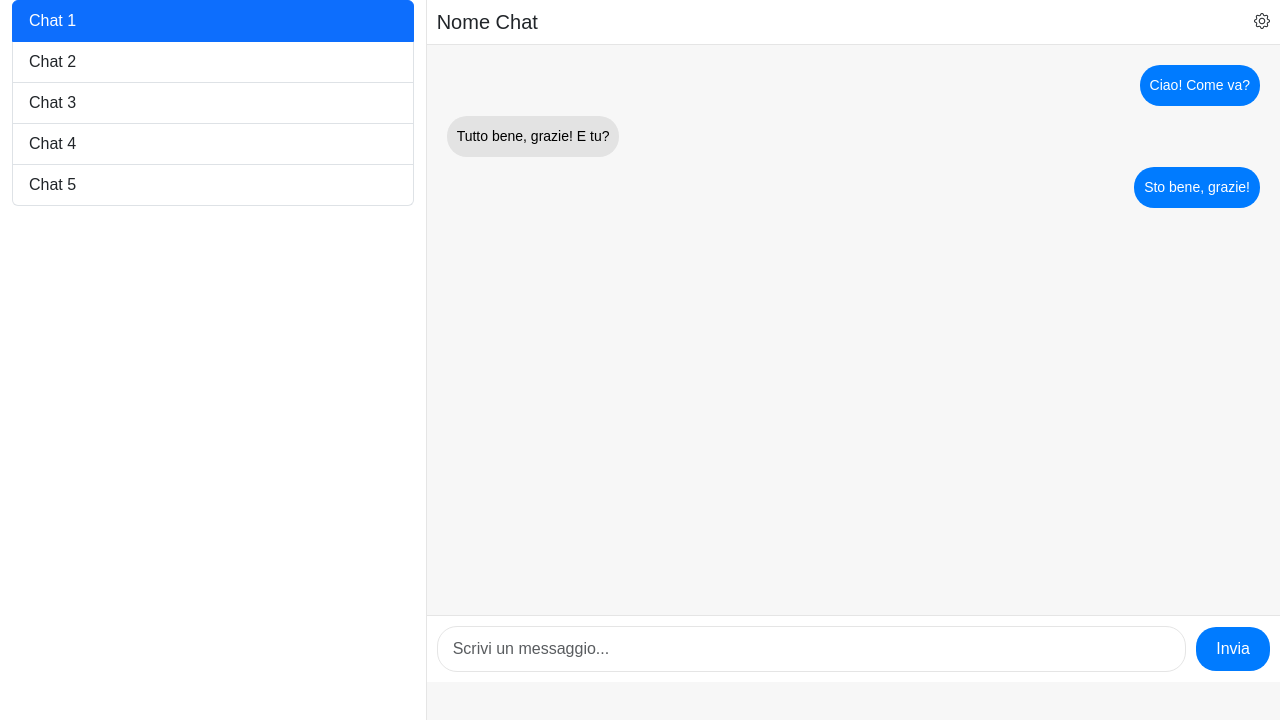
Repository: AleFucar/ChatApp
Page: http://localhost/index
An editor plug-in stored every save of this project. The page is shown before and after the next save, followed by the edit.
The browser window is 1280 px wide. The pictures show the whole page.
The page is this project's Thymeleaf template; nobody is signed in. The template is opened directly, without the code that normally fills it, so the values that code supplies are empty.

Above is the page before, as saved 2024-10-12 08:43:56.

### ChatApp/src/main/resources/templates/index.html
<!DOCTYPE html>
<html lang="en">
<head>
    <meta charset="UTF-8">
    <meta name="viewport" content="width=device-width, initial-scale=1.0">
    <title>Messaging App Layout</title>
    <!-- Bootstrap CSS -->
    <link href="https://cdn.jsdelivr.net/npm/bootstrap@5.3.0-alpha1/dist/css/bootstrap.min.css" rel="stylesheet">
    <!-- Icone Bootstrap -->
    <link href="https://cdn.jsdelivr.net/npm/bootstrap-icons/font/bootstrap-icons.css" rel="stylesheet">
    <style>
        body {
            background-color: #f7f7f7;
            font-family: 'Arial', sans-serif;
        }
        .chat-sidebar {
            height: 100vh;
            background-color: #ffffff;
            border-right: 1px solid #e5e5e5;
            overflow-y: auto;
            position: relative;
        }
        .chat-header {
            background-color: #ffffff;
            border-bottom: 1px solid #e5e5e5;
            display: flex;
            align-items: center;
            padding: 10px;
            position: sticky;
            top: 0;
            z-index: 10;
        }
        .chat-body {
            padding: 20px;
            height: calc(100vh - 150px); /* Altezza sottraendo header e footer */
            overflow-y: auto;
            background-color: #f7f7f7;
        }
        .message-sent, .message-received {
            max-width: 75%;
            padding: 10px;
            border-radius: 20px;
            margin-bottom: 10px;
            font-size: 14px;
            position: relative;
            line-height: 1.5;
        }
        .message-sent {
            background-color: #007bff;
            color: white;
            margin-left: auto;
        }
        .message-received {
            background-color: #e3e3e3;
            color: black;
            margin-right: auto;
        }
        .chat-footer {
            background-color: #ffffff;
            border-top: 1px solid #e5e5e5;
            display: flex;
            align-items: center;
            padding: 10px;
            position: sticky;
            bottom: 0;
        }
        .input-message {
            border-radius: 20px;
            padding: 10px 15px;
            border: 1px solid #e5e5e5;
            width: 100%;
            margin-right: 10px;
        }
        .send-btn {
            background-color: #007bff;
            border: none;
            border-radius: 20px;
            color: white;
            padding: 10px 20px;
            transition: background 0.3s;
        }
        .send-btn:hover {
            background-color: #0056b3;
        }

        /* Responsive Styles */
        @media (max-width: 768px) {
            .chat-sidebar {
                display: none; /* Nascondi la sidebar sui dispositivi più piccoli */
            }
            .chat-header, .chat-footer {
                padding: 15px;
            }
            .message-sent, .message-received {
                font-size: 12px;
            }
        }
    </style>
</head>
<body>
<div class="container-fluid">
    <div class="row">
        <!-- Sidebar Utenti -->
        <div class="col-4 col-md-4 chat-sidebar">
            <div class="list-group">
                <a href="#" class="list-group-item list-group-item-action active">Chat 1</a>
                <a href="#" class="list-group-item list-group-item-action">Chat 2</a>
                <a href="#" class="list-group-item list-group-item-action">Chat 3</a>
                <a href="#" class="list-group-item list-group-item-action">Chat 4</a>
                <a href="#" class="list-group-item list-group-item-action">Chat 5</a>
            </div>
        </div>

        <!-- Sezione Chat -->
        <div class="col-8 col-md-8 p-0 d-flex flex-column">
            <!-- Chat Header -->
            <div class="chat-header">
                <h5 class="mb-0">Nome Chat</h5>
                <i class="bi bi-gear ms-auto"></i> <!-- Icona impostazioni -->
            </div>

            <!-- Chat Body -->
            <div class="chat-body">
                <div class="d-flex justify-content-end">
                    <div class="message-sent">Ciao! Come va?</div>
                </div>
                <div class="d-flex justify-content-start">
                    <div class="message-received">Tutto bene, grazie! E tu?</div>
                </div>
                <div class="d-flex justify-content-end">
                    <div class="message-sent">Sto bene, grazie!</div>
                </div>
            </div>

            <!-- Chat Footer -->
            <div class="chat-footer">
                <input type="text" class="form-control input-message" placeholder="Scrivi un messaggio..." required>
                <button class="btn send-btn">Invia</button>
            </div>
        </div>
    </div>
</div>

<!-- Bootstrap JS -->
<script src="https://cdn.jsdelivr.net/npm/bootstrap@5.3.0-alpha1/dist/js/bootstrap.bundle.min.js"></script>
</body>
</html>

After the next save:
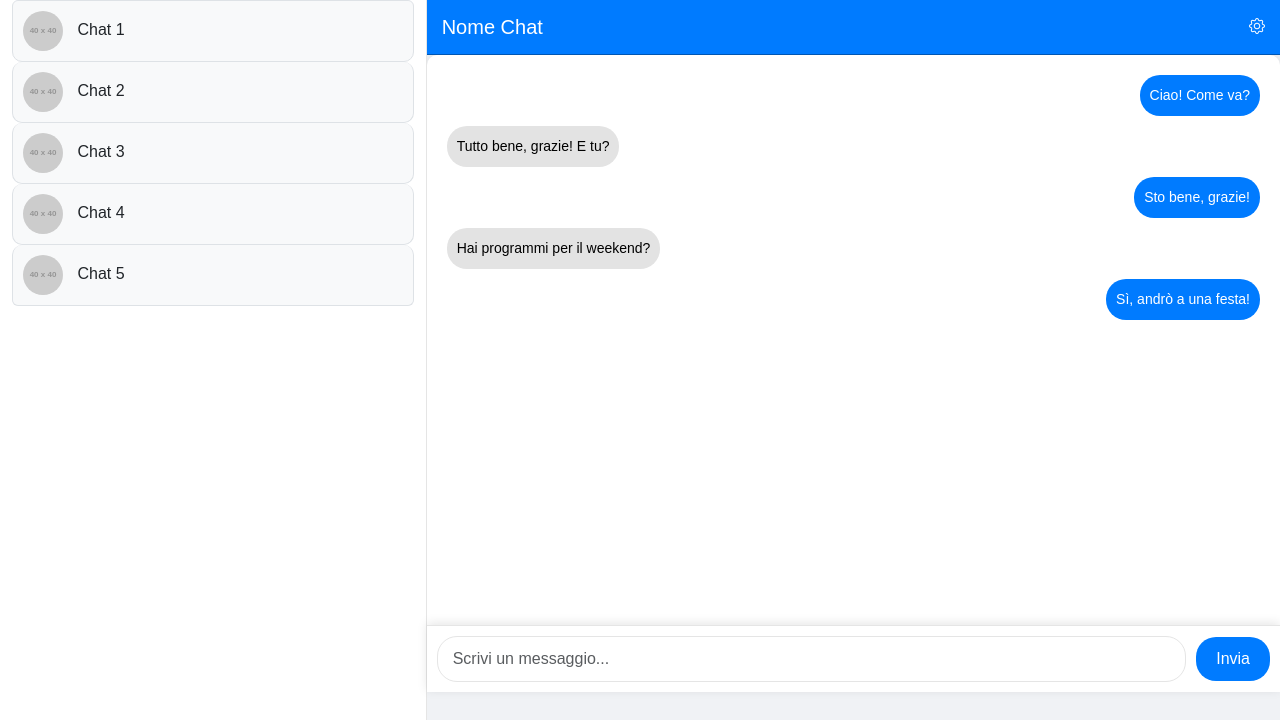
Saved 91 s later.
--- a/ChatApp/src/main/resources/templates/index.html
+++ b/ChatApp/src/main/resources/templates/index.html
@@ -3,14 +3,14 @@
 <head>
     <meta charset="UTF-8">
     <meta name="viewport" content="width=device-width, initial-scale=1.0">
-    <title>Messaging App Layout</title>
+    <title>Modern Messaging App</title>
     <!-- Bootstrap CSS -->
     <link href="https://cdn.jsdelivr.net/npm/bootstrap@5.3.0-alpha1/dist/css/bootstrap.min.css" rel="stylesheet">
     <!-- Icone Bootstrap -->
     <link href="https://cdn.jsdelivr.net/npm/bootstrap-icons/font/bootstrap-icons.css" rel="stylesheet">
     <style>
         body {
-            background-color: #f7f7f7;
+            background-color: #f0f2f5;
             font-family: 'Arial', sans-serif;
         }
         .chat-sidebar {
@@ -19,22 +19,26 @@
             border-right: 1px solid #e5e5e5;
             overflow-y: auto;
             position: relative;
+            transition: all 0.3s ease;
         }
         .chat-header {
-            background-color: #ffffff;
-            border-bottom: 1px solid #e5e5e5;
+            background-color: #007bff;
+            color: #ffffff;
+            border-bottom: 1px solid #0056b3;
             display: flex;
             align-items: center;
-            padding: 10px;
+            padding: 15px;
             position: sticky;
             top: 0;
             z-index: 10;
         }
         .chat-body {
             padding: 20px;
-            height: calc(100vh - 150px); /* Altezza sottraendo header e footer */
+            height: calc(100vh - 150px);
             overflow-y: auto;
-            background-color: #f7f7f7;
+            background-color: #ffffff;
+            border-radius: 10px 10px 0 0;
+            box-shadow: 0 0 10px rgba(0, 0, 0, 0.1);
         }
         .message-sent, .message-received {
             max-width: 75%;
@@ -63,6 +67,7 @@
             padding: 10px;
             position: sticky;
             bottom: 0;
+            box-shadow: 0 -2px 10px rgba(0, 0, 0, 0.1);
         }
         .input-message {
             border-radius: 20px;
@@ -70,6 +75,11 @@
             border: 1px solid #e5e5e5;
             width: 100%;
             margin-right: 10px;
+            transition: all 0.3s ease;
+        }
+        .input-message:focus {
+            border-color: #007bff;
+            box-shadow: 0 0 5px rgba(0, 123, 255, 0.5);
         }
         .send-btn {
             background-color: #007bff;
@@ -82,7 +92,22 @@
         .send-btn:hover {
             background-color: #0056b3;
         }
-
+        .user-card {
+            padding: 10px;
+            border-radius: 10px;
+            background-color: #f8f9fa;
+            transition: background 0.3s;
+            cursor: pointer;
+        }
+        .user-card:hover {
+            background-color: #e2e6ea;
+        }
+        .user-card img {
+            width: 40px;
+            height: 40px;
+            border-radius: 50%;
+            margin-right: 10px;
+        }
         /* Responsive Styles */
         @media (max-width: 768px) {
             .chat-sidebar {
@@ -103,11 +128,26 @@
         <!-- Sidebar Utenti -->
         <div class="col-4 col-md-4 chat-sidebar">
             <div class="list-group">
-                <a href="#" class="list-group-item list-group-item-action active">Chat 1</a>
-                <a href="#" class="list-group-item list-group-item-action">Chat 2</a>
-                <a href="#" class="list-group-item list-group-item-action">Chat 3</a>
-                <a href="#" class="list-group-item list-group-item-action">Chat 4</a>
-                <a href="#" class="list-group-item list-group-item-action">Chat 5</a>
+                <a href="#" class="list-group-item user-card">
+                    <img src="https://via.placeholder.com/40" alt="user-img">
+                    <span>Chat 1</span>
+                </a>
+                <a href="#" class="list-group-item user-card">
+                    <img src="https://via.placeholder.com/40" alt="user-img">
+                    <span>Chat 2</span>
+                </a>
+                <a href="#" class="list-group-item user-card">
+                    <img src="https://via.placeholder.com/40" alt="user-img">
+                    <span>Chat 3</span>
+                </a>
+                <a href="#" class="list-group-item user-card">
+                    <img src="https://via.placeholder.com/40" alt="user-img">
+                    <span>Chat 4</span>
+                </a>
+                <a href="#" class="list-group-item user-card">
+                    <img src="https://via.placeholder.com/40" alt="user-img">
+                    <span>Chat 5</span>
+                </a>
             </div>
         </div>
 
@@ -130,6 +170,12 @@
                 <div class="d-flex justify-content-end">
                     <div class="message-sent">Sto bene, grazie!</div>
                 </div>
+                <div class="d-flex justify-content-start">
+                    <div class="message-received">Hai programmi per il weekend?</div>
+                </div>
+                <div class="d-flex justify-content-end">
+                    <div class="message-sent">Sì, andrò a una festa!</div>
+                </div>
             </div>
 
             <!-- Chat Footer -->
